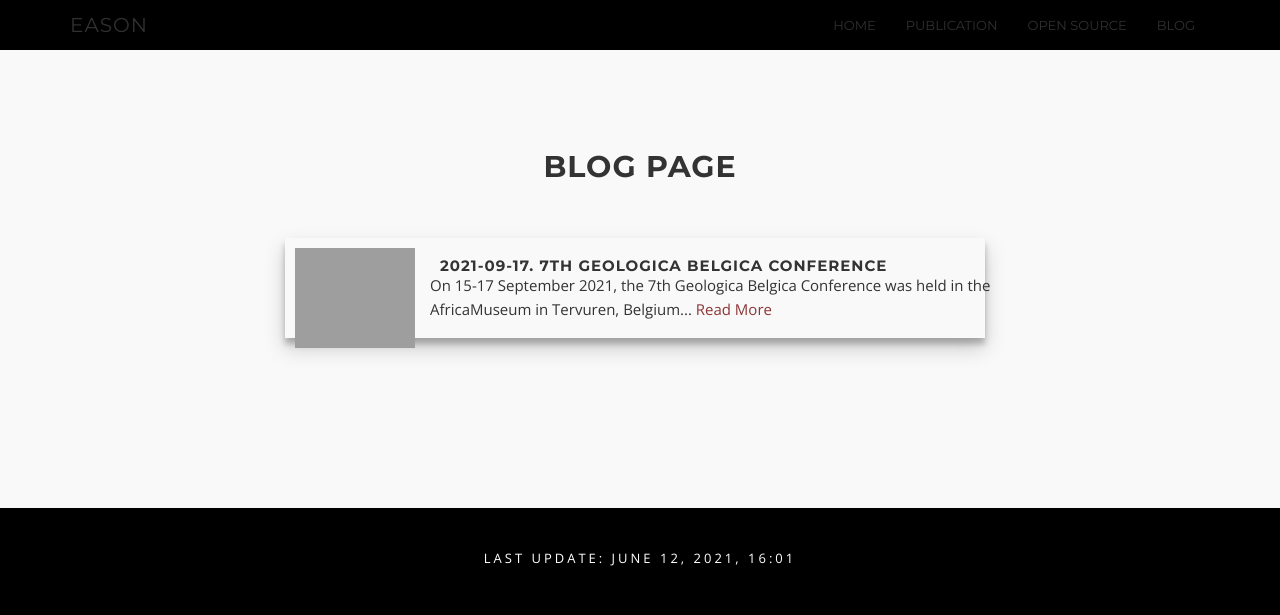
Repository: eazzzon/eazzzon.github.io
Page: blog.html
An editor plug-in stored every save of this project. The page is shown before and after the next save, followed by the edit.
The browser window is 1280 px wide. The pictures show the whole page.
Pictures or frames that could not be fetched are drawn as grey boxes.

Above is the page before, as saved 2021-09-18 13:30:30.

### blog.html
<!DOCTYPE html>
<html lang="en">
<head>
<meta charset="utf-8">
<meta http-equiv="X-UA-Compatible" content="IE=edge">
<meta name="viewport" content="width=device-width, initial-scale=1">
<meta name="description" content="">
<meta name="author" content="">
<title>yishen.zhang</title>
<!-- Bootstrap Core CSS -->
<link href="css/bootstrap.min.css" rel="stylesheet">
<!-- Custom CSS -->
<link href="css/theme.css" rel="stylesheet">
<!-- Custom Fonts -->
<link href="font-awesome/css/font-awesome.min.css" rel="stylesheet" type="text/css">
<link href="http://fonts.googleapis.com/css?family=Open+Sans:300,400,700,400italic,700italic" rel="stylesheet" type="text/css">
<link href="http://fonts.googleapis.com/css?family=Montserrat:400,700" rel="stylesheet" type="text/css">
<!-- HTML5 Shim and Respond.js IE8 support of HTML5 elements and media queries -->
<!-- WARNING: Respond.js doesn't work if you view the page via file:// -->
<!--[if lt IE 9]>
        <script src="https://oss.maxcdn.com/libs/html5shiv/3.7.0/html5shiv.js"></script>
        <script src="https://oss.maxcdn.com/libs/respond.js/1.4.2/respond.min.js"></script>
    <![endif]-->
</head>
<body id="page-top" data-spy="scroll" data-target=".navbar-fixed-top">
<!-- Navigation -->
<nav class="navbar navbar-custom navbar-fixed-top" role="navigation">
<div class="container">
	<div class="navbar-header">
		<button type="button" class="navbar-toggle" data-toggle="collapse" data-target=".navbar-main-collapse">
		<i class="fa fa-bars"></i>
		</button>
		<a class="navbar-brand page-scroll" href="index.html" style="color: #303030;">
		EASON </a>
	</div>
	<!-- Collect the nav links, forms, and other content for toggling -->
	<div class="collapse navbar-collapse navbar-right navbar-main-collapse">
		<ul class="nav navbar-nav" style="color: #303030;">
			<li>
			<a href="index.html">Home</a>
			</li>
			<li>
			<a href="publication.html">publication</a>
			</li>
			<li>
			<a href="opensource.html">open source</a>
			</li>
			<li>
			<a href="blog.html">blog</a>
			</li>
		</ul>
	</div>
	<!-- /.navbar-collapse -->
</div>
<!-- /.container -->
</nav>

<!-- Page Sample Section -->
<section id="page-sample">


<div class="container content-section text-left">
	<div class='container'>
		<div class="row">
			<h2 class="text-center">BLOG PAGE</h2>
			<div class="col-lg-8 col-lg-offset-2">
				<div class="post-box">
					<img class="box-img" src="https://geologicabelgica2021.africamuseum.be/sites/default/files/media/images/Logo%20Geologica%20Belgica.png" alt="lower crust foundering" />
					<div class="box-text">
						<a  href="post20210917.html">
							<h4 class="box-text">2021-09-17. 7th Geologica Belgica Conference </h4>
						</a>
						<p class="p2">On 15-17 September 2021, the 7th Geologica Belgica Conference was held in the AfricaMuseum in Tervuren, Belgium... <a href="post20210917.html" style="color:rgb(141, 53, 53);">Read More</a></p>
					</div>
				</div>
				</div>

			</div>
		</div>
	</div>
</div>
</section>




<!-- Footer -->
<footer>
<div class="container text-center">
	<p class="credits">
		last update: June 12, 2021, 16:01
	</p>
</div>
</footer>
<!-- jQuery -->
<script src="js/jquery.js"></script>
<!-- Bootstrap Core JavaScript -->
<script src="js/bootstrap.min.js"></script>
<!-- Plugin JavaScript -->
<script src="js/jquery.easing.min.js"></script>
<!-- Custom Theme JavaScript -->
<script src="js/theme.js"></script>
</body>
</html>

### css/theme.css
/* Aries v1.0 - by WowThemes.net */
body {
	width:100%;
	height:100%;
	font-family:Open Sans,"Helvetica Neue",Helvetica,Arial,sans-serif;
	color:#fff;
	background-color:#000;
	 font-weight:300;
}
html {
	width:100%;
	height:100%;
}
h1,h2,h3,h4,h5,h6 {
	margin:0 0 35px;
	text-transform:uppercase;
	font-family:Montserrat,"Helvetica Neue",Helvetica,Arial,sans-serif;
	font-weight:700;
	letter-spacing:1px;
}
p {
	margin:0 0 25px;
	font-size:18px;
	line-height:1.5;
}
@media(min-width:768px) {
	p {
		margin:0 0 35px;
		font-size:20px;
		line-height:1.6;
	}
}
a {
	color:inherit;
	-webkit-transition:all .2s ease-in-out;
	-moz-transition:all .2s ease-in-out;
	transition:all .2s ease-in-out;
}
a:hover,a:focus {
	text-decoration:none;
	color:inherit;
}
.light {
	font-weight:400;
}
.navbar-custom {
	margin-bottom:0;
	border-bottom:1px solid rgba(255,255,255,.3);
	text-transform:uppercase;
	font-family:Montserrat,"Helvetica Neue",Helvetica,Arial,sans-serif;
	background-color:#000;
}
.navbar-custom .navbar-brand {
	font-size:20px;
	text-transform:none;
	letter-spacing:1px;
}
.navbar-custom .navbar-brand:focus {
	outline:0;
}
.navbar-custom .navbar-brand .navbar-toggle {
	padding:4px 6px;
	font-size:16px;
	color:#fff;
}
.navbar-custom .navbar-brand .navbar-toggle:focus,.navbar-custom .navbar-brand .navbar-toggle:active {
	outline:0;
}
.navbar-custom a {
}
.navbar-custom .nav li a {
	-webkit-transition:background .3s ease-in-out;
	-moz-transition:background .3s ease-in-out;
	transition:background .3s ease-in-out;
}
.navbar-custom .nav li a:hover {
	outline:0;
	color:#1ba39c;
	background-color:transparent;
}
.navbar-custom .nav li a:focus,.navbar-custom .nav li a:active {
	outline:0;
	background-color:transparent;
}
.navbar-custom .nav li.active {
	outline:0;
}
.navbar-custom .nav li.active a {
	color:#1ba39c;
}
.navbar-custom .nav li.active a:hover {
	color:#1ba39c;
}
@media(min-width:768px) {
	.navbar-custom {
		padding:20px 0;
		border-bottom:0;
		font-size:13px;
		background:0 0;
		-webkit-transition:background .5s ease-in-out,padding .5s ease-in-out;
		-moz-transition:background .5s ease-in-out,padding .5s ease-in-out;
		transition:background .5s ease-in-out,padding .5s ease-in-out;
	}
		 .navbar-custom.top-nav-collapse {
		 padding:0;
		border-bottom:1px solid rgba(255,255,255,.3);
		color:#333;
			background:#fff;
	}
	.navbar-custom.top-nav-collapse a {
		color:#333;
		display:inline-block;
	}
}
.intro {
	display:table;
	width:100%;
	height:auto;
	padding:100px 0 100px 0;
	text-align:center;
	color:#fff;
	background-image:radial-gradient(circle at 50% 50%,rgba(95, 94, 94, 0.46),rgba(56, 56, 56, 0.88)), url('labelled.png');
	-webkit-background-size:cover;
	-moz-background-size:cover;
	background-size:cover;
	-o-background-size:cover;
}
.intro .intro-body {
	display:table-cell;
	vertical-align:middle;
}
.intro .intro-body .brand-heading {
	font-size:40px;
}
.intro .intro-body .intro-text {
	font-size:18px;
}
@media(min-width:768px) {
	.intro {
		height:100%;
		padding:0;
	}
	.intro .intro-body .brand-heading {
		font-size:60px;
		margin-top:90px;
		margin-bottom:20px;
		border-top:2px solid #fff;
		border-bottom:2px solid #fff;
		display:inline-block;
		padding:10px 0;
	}
	.intro .intro-body .intro-text {
		font-size:20px;
			font-weight:300;
			letter-spacing:3px;
	}
}
.btn-circle {
	width:50px;
	height:50px;
	margin-top:15px;
	line-height:40px;
	text-align:center;
	border:2px solid #fff;
	border-radius:100%!important;
	font-size:20px;
	color:#fff;
	background:0 0;
	-webkit-transition:background .3s ease-in-out;
	-moz-transition:background .3s ease-in-out;
	transition:background .3s ease-in-out;
}
.btn-circle:hover,.btn-circle:focus {
	outline:0;
	color:#fff;
	background:rgba(255,255,255,.1);
}
.btn-circle i.animated {
	-webkit-transition-property:-webkit-transform;
	-webkit-transition-duration:1s;
	-moz-transition-property:-moz-transform;
	-moz-transition-duration:1s;
}
.btn-circle:hover i.animated {
	-webkit-animation-name:pulse;
	-moz-animation-name:pulse;
	-webkit-animation-duration:1.5s;
	-moz-animation-duration:1.5s;
	-webkit-animation-iteration-count:infinite;
	-moz-animation-iteration-count:infinite;
	-webkit-animation-timing-function:linear;
	-moz-animation-timing-function:linear;
}
@-webkit-keyframes pulse {
	0% {
		-webkit-transform:scale(1);
		transform:scale(1);
	}
	50% {
		-webkit-transform:scale(1.2);
		transform:scale(1.2);
	}
	100% {
		-webkit-transform:scale(1);
		transform:scale(1);
	}
}
@-moz-keyframes pulse {
	0% {
		-moz-transform:scale(1);
		transform:scale(1);
	}
	50% {
		-moz-transform:scale(1.2);
		transform:scale(1.2);
	}
	100% {
		-moz-transform:scale(1);
		transform:scale(1);
	}
}
.content-section {
	padding:40px 0;
	clear:both;
}
@media(min-width:767px) {
	.content-section {
		padding:150px 0;
			 clear:both;
	}
}
.btn {
	border-radius:0;
	text-transform:uppercase;
	font-family:Montserrat,"Helvetica Neue",Helvetica,Arial,sans-serif;
	font-weight:400;
	-webkit-transition:all .3s ease-in-out;
	-moz-transition:all .3s ease-in-out;
	transition:all .3s ease-in-out;
}
.btn-default {
	border:1px solid #42dca3;
	color:#42dca3;
	background-color:transparent;
}
.btn-default:hover,.btn-default:focus {
	border:1px solid #42dca3;
	outline:0;
	color:#000;
	background-color:#42dca3;
}
ul.banner-social-buttons {
	margin-top:0;
}
@media(max-width:1199px) {
	ul.banner-social-buttons {
		margin-top:15px;
	}
}
@media(max-width:767px) {
	ul.banner-social-buttons li {
		display:block;
		margin-bottom:20px;
		padding:0;
	}
	ul.banner-social-buttons li:last-child {
		margin-bottom:0;
	}
}
footer {
	padding:40px 0;
	z-index:1;
	position:relative;
	clear:both;
}
footer p {
	margin:0;
	font-size:15px;
}
footer p.credits {
	text-transform:uppercase;
	font-size:13px;
	letter-spacing:3px;
}
::-moz-selection {
	text-shadow:none;
	background:#fcfcfc;
	background:rgba(255,255,255,.2);
}
::selection {
	text-shadow:none;
	background:#fcfcfc;
	background:rgba(255,255,255,.2);
}
img::selection {
	background:0 0;
}
img::-moz-selection {
	background:0 0;
}
body {
	webkit-tap-highlight-color:rgba(255,255,255,.2);
}
.bgblue {
	background:#22292c;
}
.inlineblock {
	display:inline-block;
}
p:last-child {
	margin-bottom:0;
}
p.lead {
	line-height:1.9;
}
.btnghost {
	border:2px solid #333;
	background-color:transparent;
	padding:15px 20px;
	letter-spacing:3px;
	font-size:12px;
	text-transform:uppercase;
	font-weight:400;
	color:#333;
	margin-top:20px;
	display:inline-block;
}
.btnghost:hover {
	background-color:#333;
	color:#fff;
	border:2px solid #333;
}
.bgcover {
	background-size:cover;
	background-repeat:no-repeat;
	position:relative;
}
img {
	max-width:100%;
}
.gallery ul {
	padding:0;
	margin:0;
}
.gallery img {
	max-width:100%;
	height:auto;
	padding:0;
	margin:0;
}
.gallery ul li {
	margin:0;
	position:relative;
	list-style:none;
	float:left;
	padding:0;
}
.gallery ul li a {
	display:block;
	position:relative;
	width:100%;
	height:100%;
	margin:0;
	padding:0;
	line-height:0;
}
.gallery ul li a:before {
	position:absolute;
	width:32px;
	height:32px;
	top:40%;
	left:50%;
	margin:-14px 0 0 -16px;
	/* background: url(data:[embedded picture, 2228 characters]) no-repeat; */
	content:"";
	opacity:0;
	z-index:1;
	-webkit-transition:all 0.3s linear;
	-moz-transition:all 0.3s linear;
	transition:all 0.3s linear;
}
.gallery ul li a:hover:before {
	top:50%;
	opacity:1;
}
.gallery ul li a:after {
	position:absolute;
	width:100%;
	top:0;
	bottom:0;
	background:rgba(0,0,0,0.3);
	content:"";
	opacity:0;
	-webkit-transition:all 0.3s linear;
	-moz-transition:all 0.3s linear;
	transition:all 0.3s linear;
}
.gallery ul li a:hover:after {
	opacity:1;
}
section:after {
	float:none;
	clear:both;
}
section {
	background-color:#f9f9f9;
	color:#333;
	overflow:hidden;
}
.done {
	display:none;
}
.error input,input.error,.error textarea,textarea.error {
	background-color:#ffffff;
	border-bottom:2px solid orangered !Important;
	-webkit-transition:border linear 0.2s,box-shadow linear 0.2s;
	-moz-transition:border linear 0.2s,box-shadow linear 0.2s;
	-o-transition:border linear 0.2s,box-shadow linear 0.2s;
	transition:border linear 0.2s,box-shadow linear 0.2s;
}

/* post-box style */
.post-box {
	width: 700px;
	height: 100px;
	margin: 20px;
	box-shadow: 0 10px 20px rgba(0, 0, 0, 0.19), 0 6px 6px rgba(0, 0, 0, 0.23);
  }

  .box-img {
	width: 120px;
	height: 100px;
	padding: 0px;
	margin: 10px;
  }

  .box-text {
	margin: 0px;
	position: absolute;
	font-size: 15px;
	padding: 50px;
	top: -5px;
	left: 70px;
  }

  .p {
	padding: 50px;
	margin: 10px;
	position: relative;
	bottom: 100px;
	left: 90px;
  }

  .p2 {
	padding: px;
	margin: 10px;
	font-size: 15px;
	position: relative;
	left: 50px;
	bottom: 0px;
  }

### js/theme.js
// jQuery to collapse the navbar on scroll
$(window).scroll(function() {
    if ($(".navbar").offset().top > 50) {
        $(".navbar-fixed-top").addClass("top-nav-collapse");
    } else {
        $(".navbar-fixed-top").removeClass("top-nav-collapse");
    }
});

// jQuery for page scrolling feature - requires jQuery Easing plugin
$(function() {
    $('a.page-scroll').bind('click', function(event) {
        var $anchor = $(this);
        $('html, body').stop().animate({
            scrollTop: $($anchor.attr('href')).offset().top
        }, 1500, 'easeInOutExpo');
        event.preventDefault();
    });
});

// Closes the Responsive Menu on Menu Item Click
$('.navbar-collapse ul li a').click(function() {
    $('.navbar-toggle:visible').click();
});

Loaded but not shown: css/bootstrap.min.css (library); font-awesome/css/font-awesome.min.css (library); js/jquery.js (library); js/bootstrap.min.js (library); js/jquery.easing.min.js (library)

After the next save:
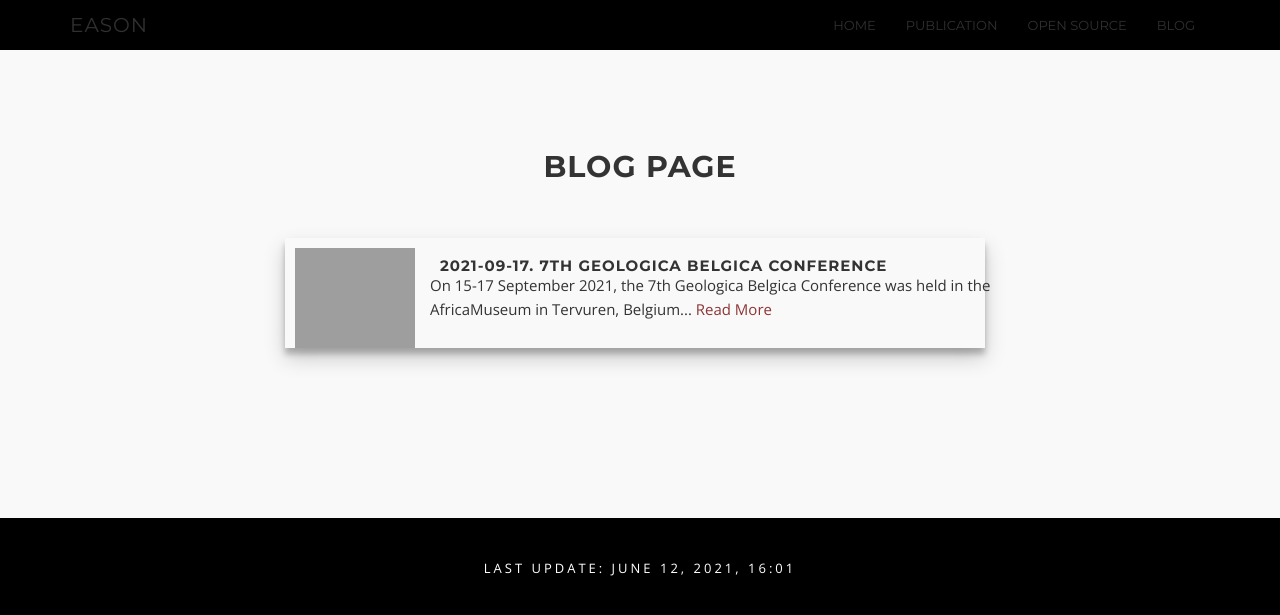
Saved 5 s later.
--- a/css/theme.css
+++ b/css/theme.css
@@ -422,7 +422,7 @@ section {
 /* post-box style */
 .post-box {
 	width: 700px;
-	height: 100px;
+	height: 110px;
 	margin: 20px;
 	box-shadow: 0 10px 20px rgba(0, 0, 0, 0.19), 0 6px 6px rgba(0, 0, 0, 0.23);
   }
